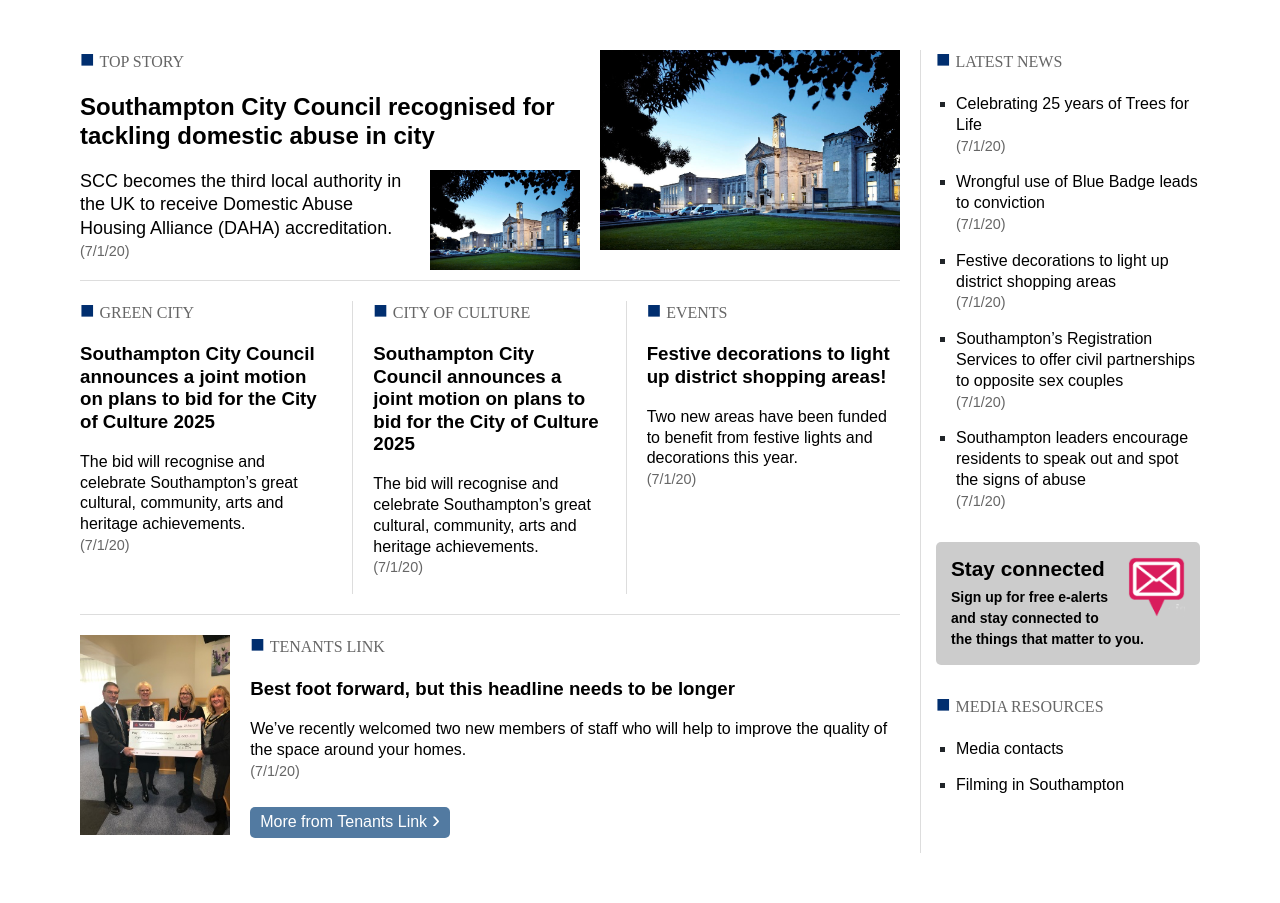
Repository: Domehead123/newspage
Page: index8.html
The author's editor kept a record of every edit. The page is drawn from the files as they stood at one moment, then again after the next edit.
The browser window is 1280 px wide. The pictures show the whole page.

Above is the page before.

After the next edit:
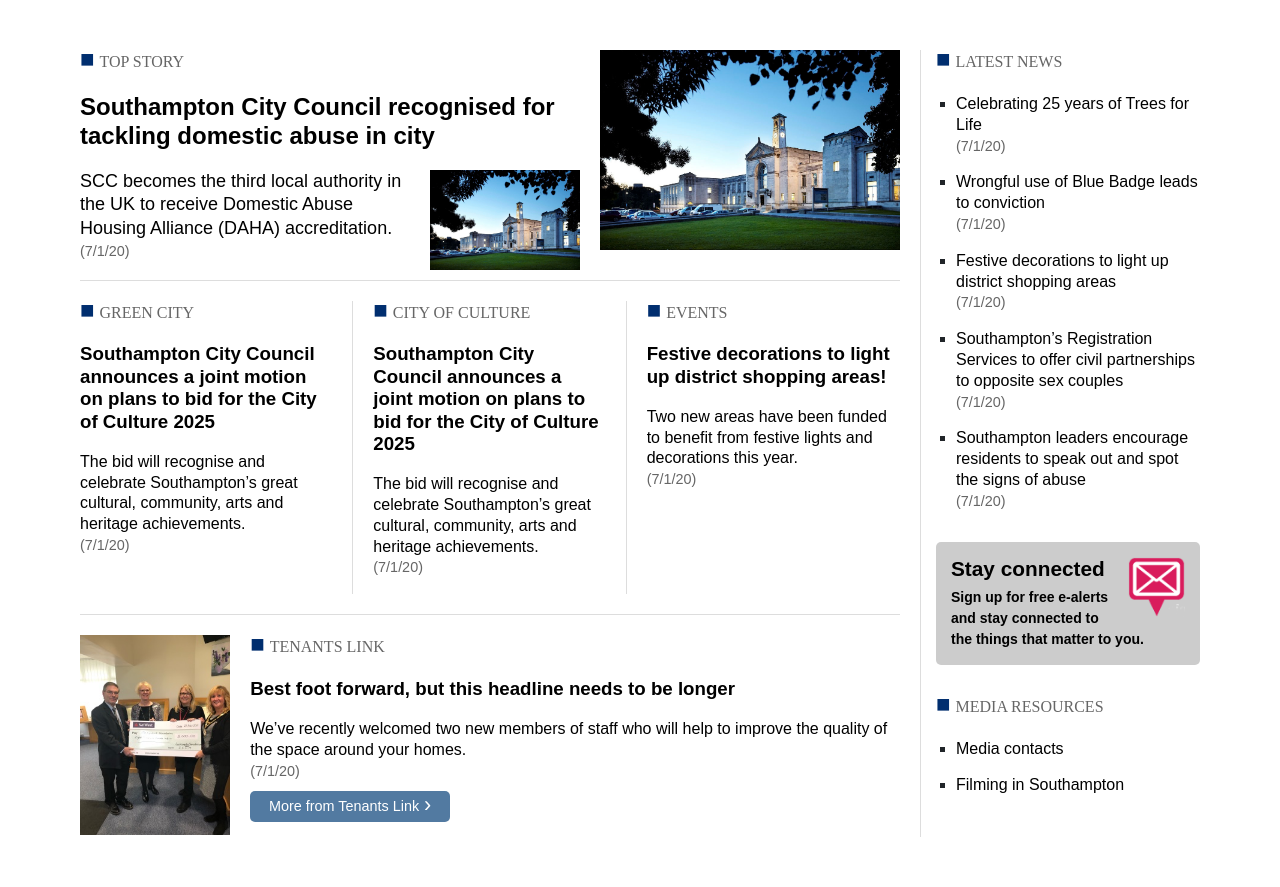
The edit:
--- a/index8.html
+++ b/index8.html
@@ -50,8 +50,9 @@
                         <a href="#"><img class="bottom-large-pic" src="images/lipstick.jpg"></a>
                         <div class="subject-header ">TENANTS LINK</div>
                         <h3><a href="#">Best foot forward, but this headline needs to be longer</a></h3>
-                        <p><a href="#"><img class="bottom-small-pic" src="images/lipstick.jpg">We’ve recently welcomed two new members of staff who will help to improve the quality of the space around your homes. <span class="date">(7/1/20)</span></a></p>
-                        <p class="more"><a href="#">More from Tenants Link</a></p>
+                        <p><a href="#"><img class="bottom-small-pic" src="images/lipstick.jpg">We’ve recently welcomed two new members of staff who will help to improve the quality of the space around your homes. <span class="date">(7/1/20)</span></a>
+                            <span class="more"><a href="#">More from Tenants Link</a></span>
+                        </p>
                     </div>
                 </div>
             </div>
@@ -65,7 +66,7 @@
                     <li><a href="#">Southampton leaders encourage residents to speak out and spot the signs of abuse<span class="date">(7/1/20)</span></a></li>
                 </ul>
                 <div class="connected">
-                    <a href = "#" ><img src="images/connected.png"></a>
+                    <a href="#"><img src="images/connected.png"></a>
                     <h2><a href="#">Stay connected</a></h2>
 
                     <p><a href="#">Sign up for free e-alerts and stay connected to the things that matter to you.</a></p>
